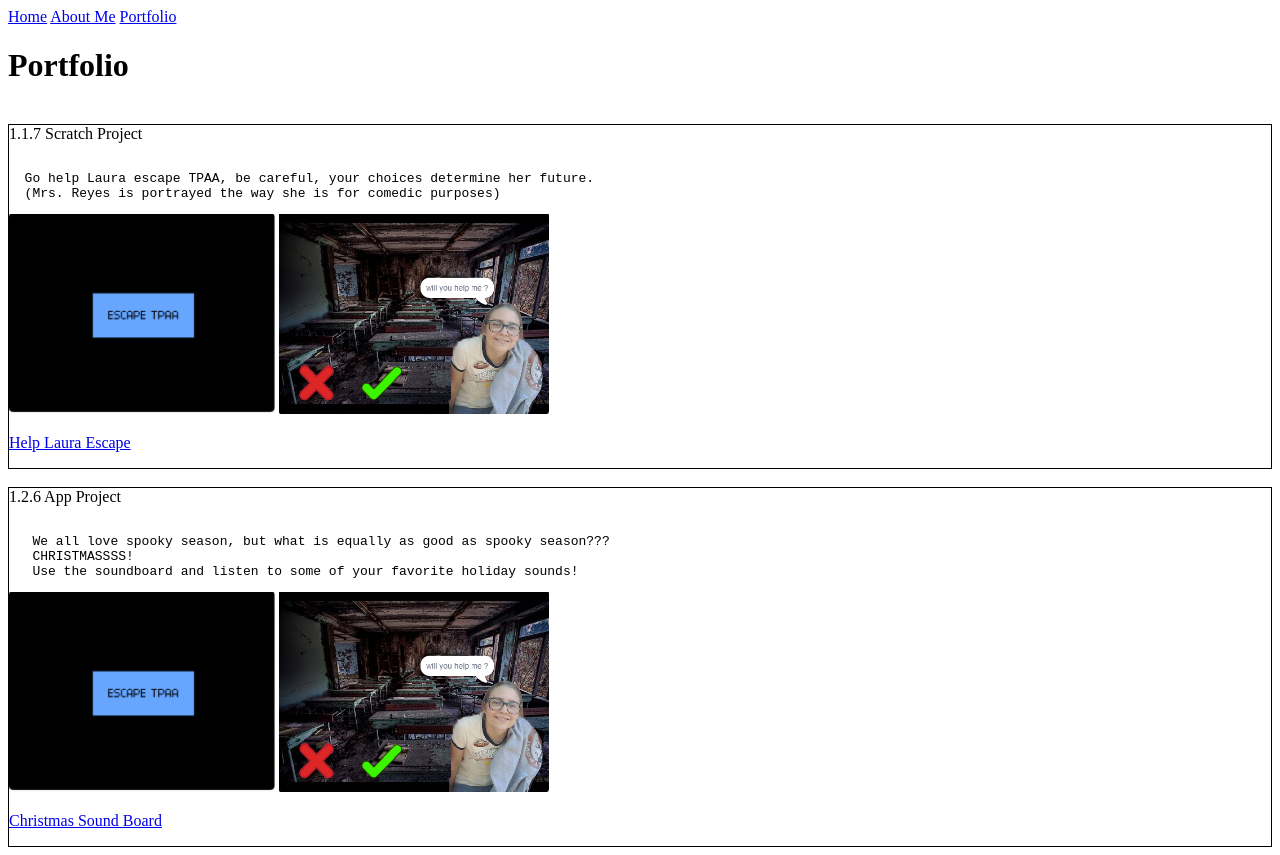
Repository: JDiaz463/JDiaz463.github.io
Page: my_website/portfolio.html
The author's editor kept a record of every edit. The page is drawn from the files as they stood at one moment, then again after the next edit.
The browser window is 1280 px wide. The pictures show the whole page.

Above is the page before.

### my_website/portfolio.html
<!doctype html>
	<html lang="en">
	    <title>Portfolio</title>
	  </head>
	  <body>
    <a href="index.html">Home</a>
    <a href="aboutme.html">About Me</a>
    <a href="portfolio.html">Portfolio</a>
    <h1>Portfolio</h1>
    <br>
   <div style="border: 1px solid black">1.1.7 Scratch Project
<pre>
  Go help Laura escape TPAA, be careful, your choices determine her future.
  (Mrs. Reyes is portrayed the way she is for comedic purposes)</pre>
    </a>
    <img src="images/gamept.2.PNG" height="200"> <img src="images/gamept.3.png" height="200">
    <p><a href="https://scratch.mit.edu/projects/327037990">Help Laura Escape</a></p>
    </div>

    <br>
     <div style="border: 1px solid black">1.2.6 App Project
  <pre>
   We all love spooky season, but what is equally as good as spooky season???
   CHRISTMASSSS!
   Use the soundboard and listen to some of your favorite holiday sounds!</pre>
    </a>
    <img src="images/gamept.2.PNG" height="200"> <img src="images/gamept.3.png" height="200">
    <p><a href="https://scratch.mit.edu/projects/327037990">Christmas Sound Board</a></p>
    </div>
	  </body>
	</html>

After the next edit:
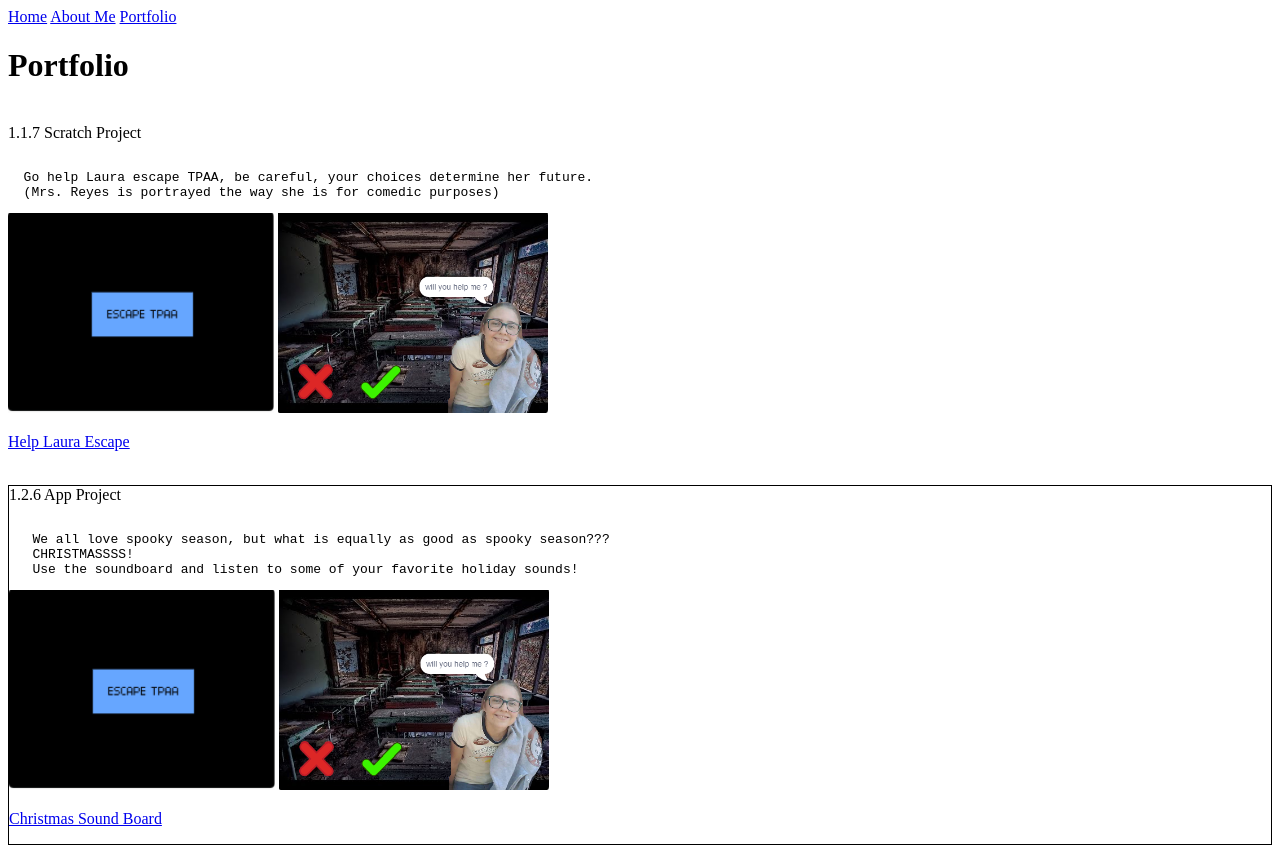
The edit:
--- a/my_website/portfolio.html
+++ b/my_website/portfolio.html
@@ -8,7 +8,7 @@
     <a href="portfolio.html">Portfolio</a>
     <h1>Portfolio</h1>
     <br>
-   <div style="border: 1px solid black">1.1.7 Scratch Project
+   <div style="border: 3x solid black">1.1.7 Scratch Project
 <pre>
   Go help Laura escape TPAA, be careful, your choices determine her future.
   (Mrs. Reyes is portrayed the way she is for comedic purposes)</pre>
